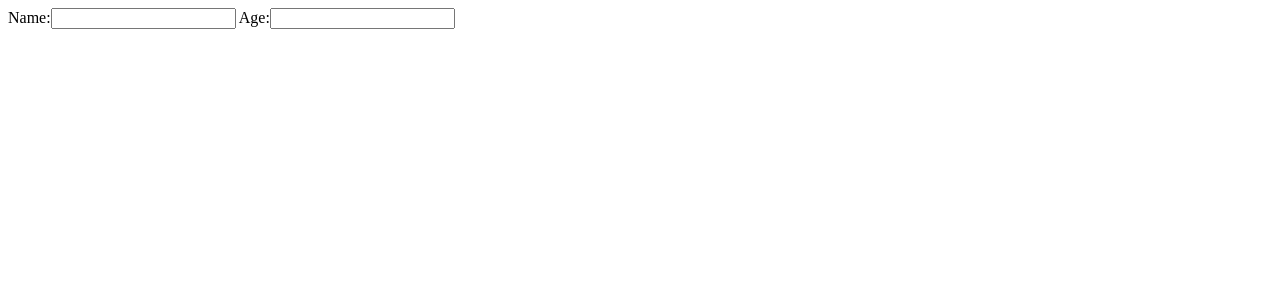
Repository: suryapattnayak/javascript
Page: http://localhost/ValidateAge/Home.jsp
These files come from the project's save history. The page is drawn as it stood at one moment and after the next save; the edit follows.
The browser window is 1280 px wide. The pictures show the whole page.
The page is served by Tomcat 9. Other server files are loaded and not shown.

Above is the page before, as saved 2019-09-06 09:08:18.

### ValidateAge/WebContent/Home.jsp
<%@ page language="java" contentType="text/html; charset=ISO-8859-1"
    pageEncoding="ISO-8859-1"%>
<!DOCTYPE html>
<html>
<head>
<meta charset="ISO-8859-1">
<title>Insert title here</title>
</head>
<body>

<form action="AgeValidate" method="post">
	Name:<input type="text" name="name">
	Age:<input type="text" name="age">
</form>

</body>
</html>

After the next save:
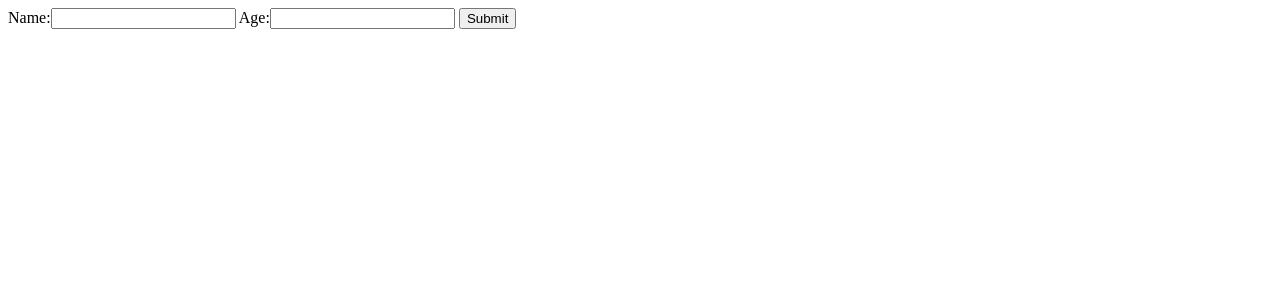
Saved 104 s later.
--- a/ValidateAge/WebContent/Home.jsp
+++ b/ValidateAge/WebContent/Home.jsp
@@ -11,6 +11,7 @@
 <form action="AgeValidate" method="post">
 	Name:<input type="text" name="name">
 	Age:<input type="text" name="age">
+	<input type="submit" name="submit">
 </form>
 
 </body>
